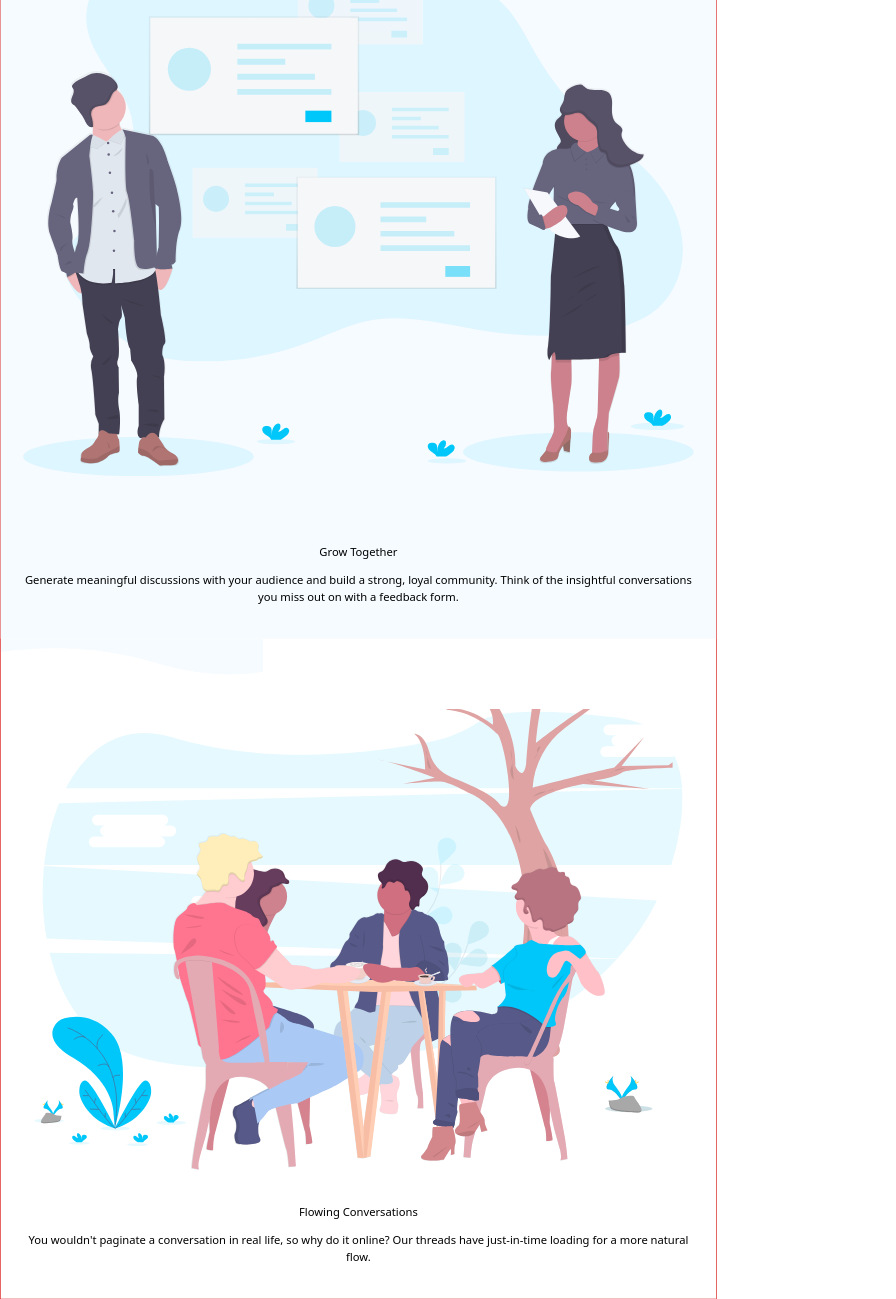
Repository: nivrii/huddle-landing-page-with-curved-sections-master
Page: /
These files come from the project's save history. The page is drawn as it stood at one moment and after the next save; the edit follows.
The browser window is 1280 px wide. The pictures show the part of the page from y = 1406 to 3326 px (the page is 3262 px tall before and 3326 px after), at 70% of full size.
The project was rebuilt for these pictures with package versions that can differ from the ones it lists, and the page was loaded fresh each time. Also part of the build but not shown: vite.config.js.

Above is the page before, as saved 2024-04-03 18:50:10.

After the next save:
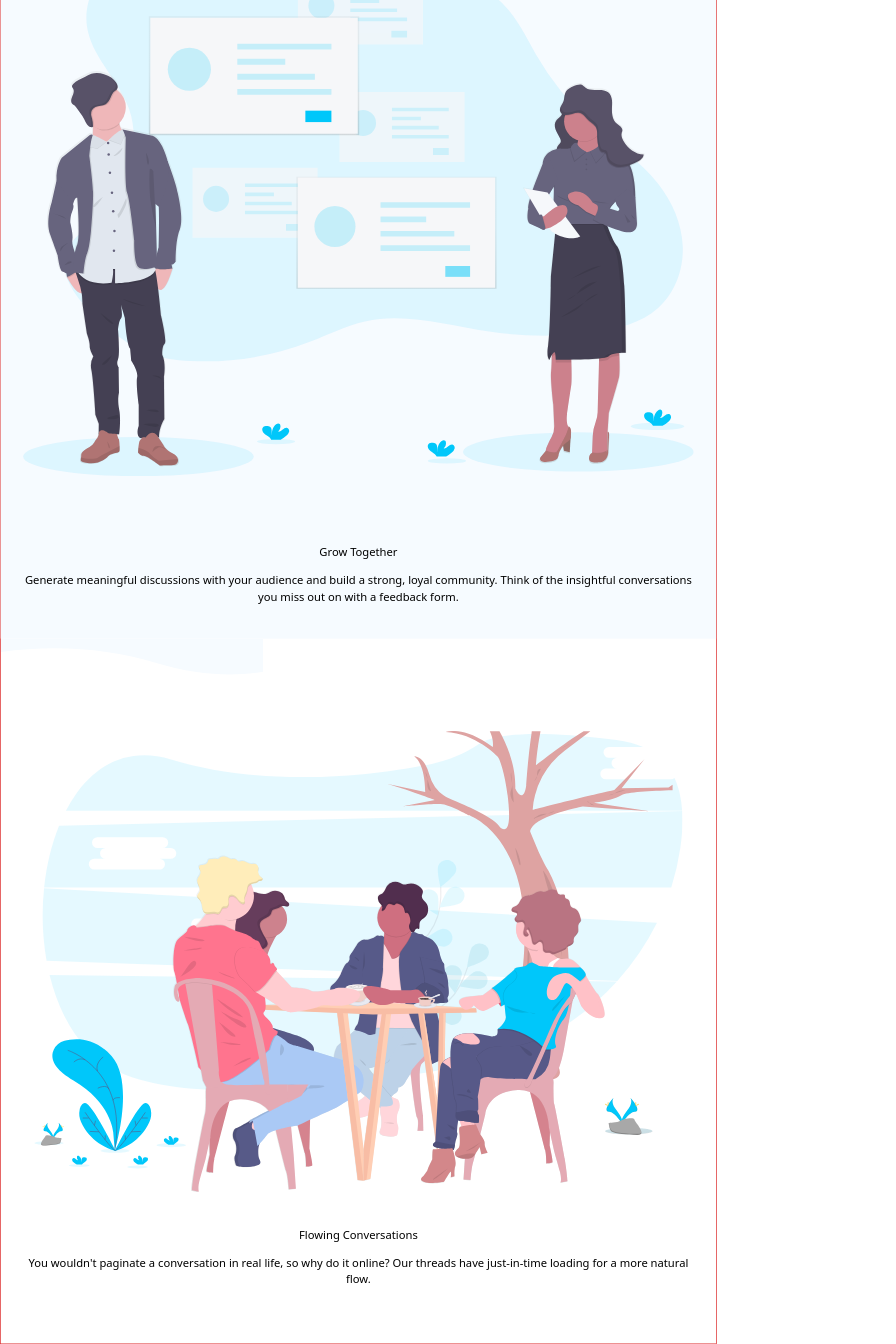
Saved 6 s later.
--- a/src/App.jsx
+++ b/src/App.jsx
@@ -79,7 +79,7 @@
 
       <img src={sectionBottom1M} alt="top-bottom" />
 
-      <section className="flex flex-col space-y-12 my-12 px-8">
+      <section className="flex flex-col space-y-12 my-20 px-8">
         <img src={conversation} alt="conversations" className="px-4" />
         <div className="flex flex-col space-y-4 text-center">
           <h1>Flowing Conversations</h1>
